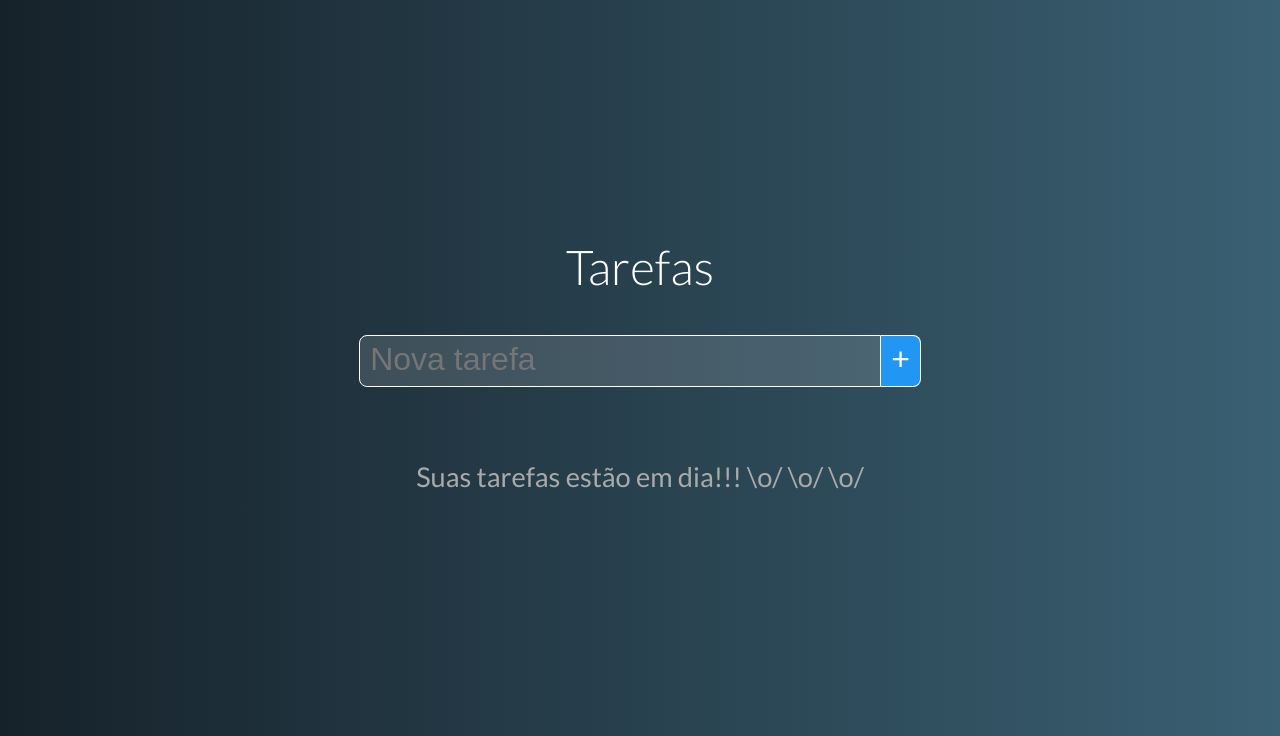
Repository: LucianoBitt/Curso_VueJS
Page: / (app in projeto-02-tarefas/tarefas/)
These files come from the project's save history. The page is drawn as it stood at one moment and after the next save; the edit follows.
The browser window is 1280 px wide. The pictures show the whole page.
The project was rebuilt for these pictures with package versions that can differ from the ones it lists, and the page was loaded fresh each time.

Above is the page before, as saved 2023-12-05 16:24:41.

After the next save:
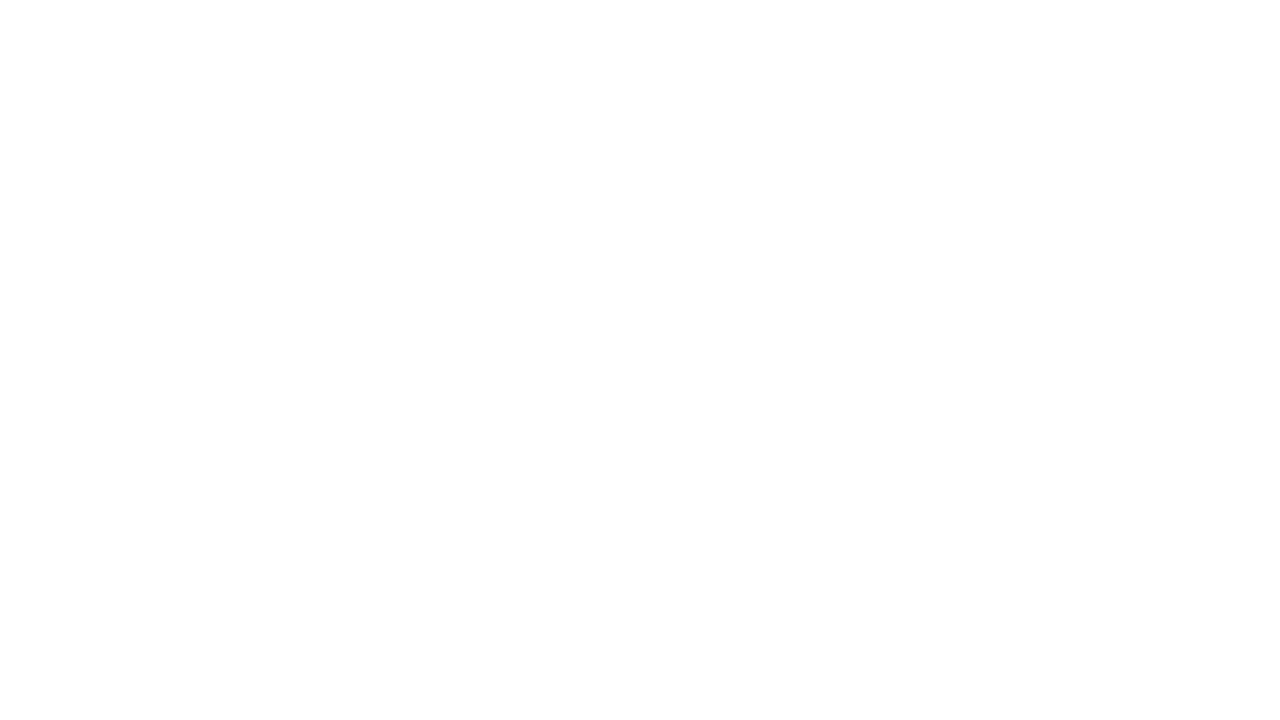
Console error: ReferenceError: TaskProgress is not defined
Saved 27 s later.
--- a/projeto-02-tarefas/tarefas/src/App.vue
+++ b/projeto-02-tarefas/tarefas/src/App.vue
@@ -14,7 +14,7 @@
 import TaskGrid from '@/components/TaskGrid.vue';
 
 export default {
-	components: { NewTask, TaskGrid },
+	components: { TaskProgress, NewTask, TaskGrid },
 	data() {
 		return {
 			tasks: []

After the save that followed:
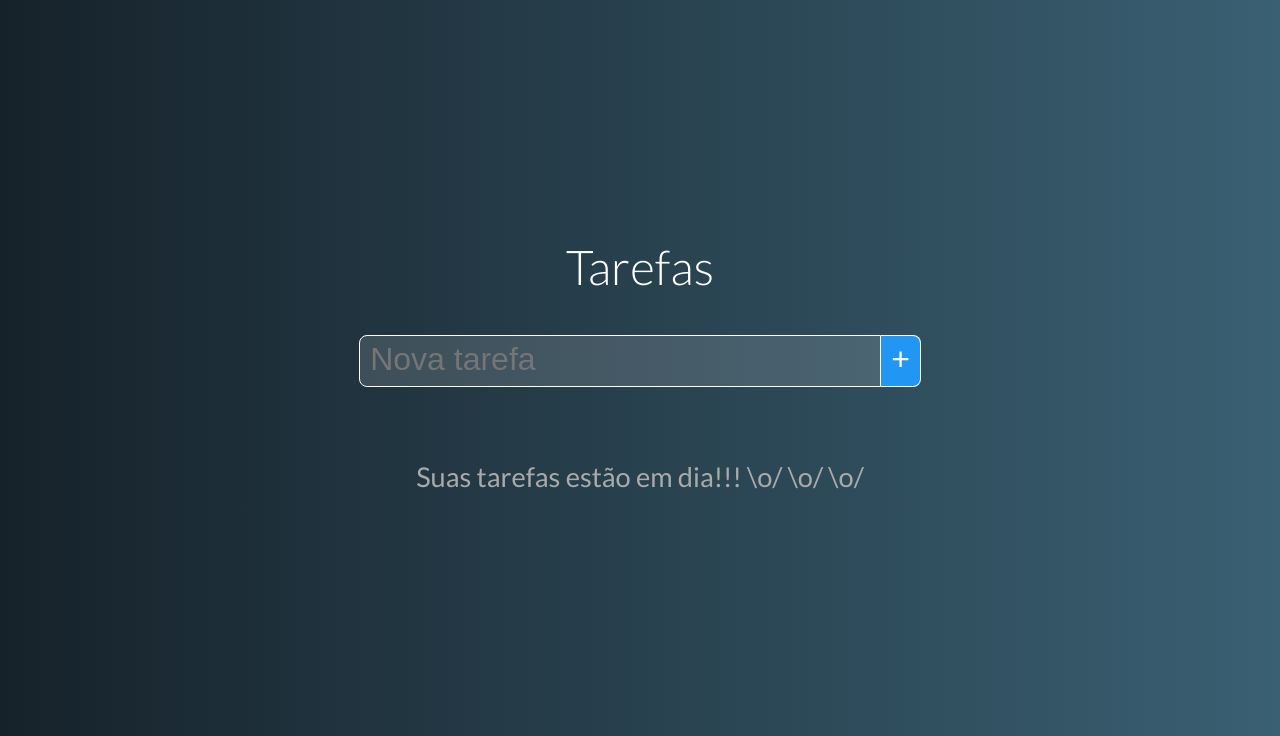
The error is gone.
Saved 14 s later.
--- a/projeto-02-tarefas/tarefas/src/App.vue
+++ b/projeto-02-tarefas/tarefas/src/App.vue
@@ -14,7 +14,7 @@
 import TaskGrid from '@/components/TaskGrid.vue';
 
 export default {
-	components: { TaskProgress, NewTask, TaskGrid },
+	components: { TasksProgress, NewTask, TaskGrid },
 	data() {
 		return {
 			tasks: []
